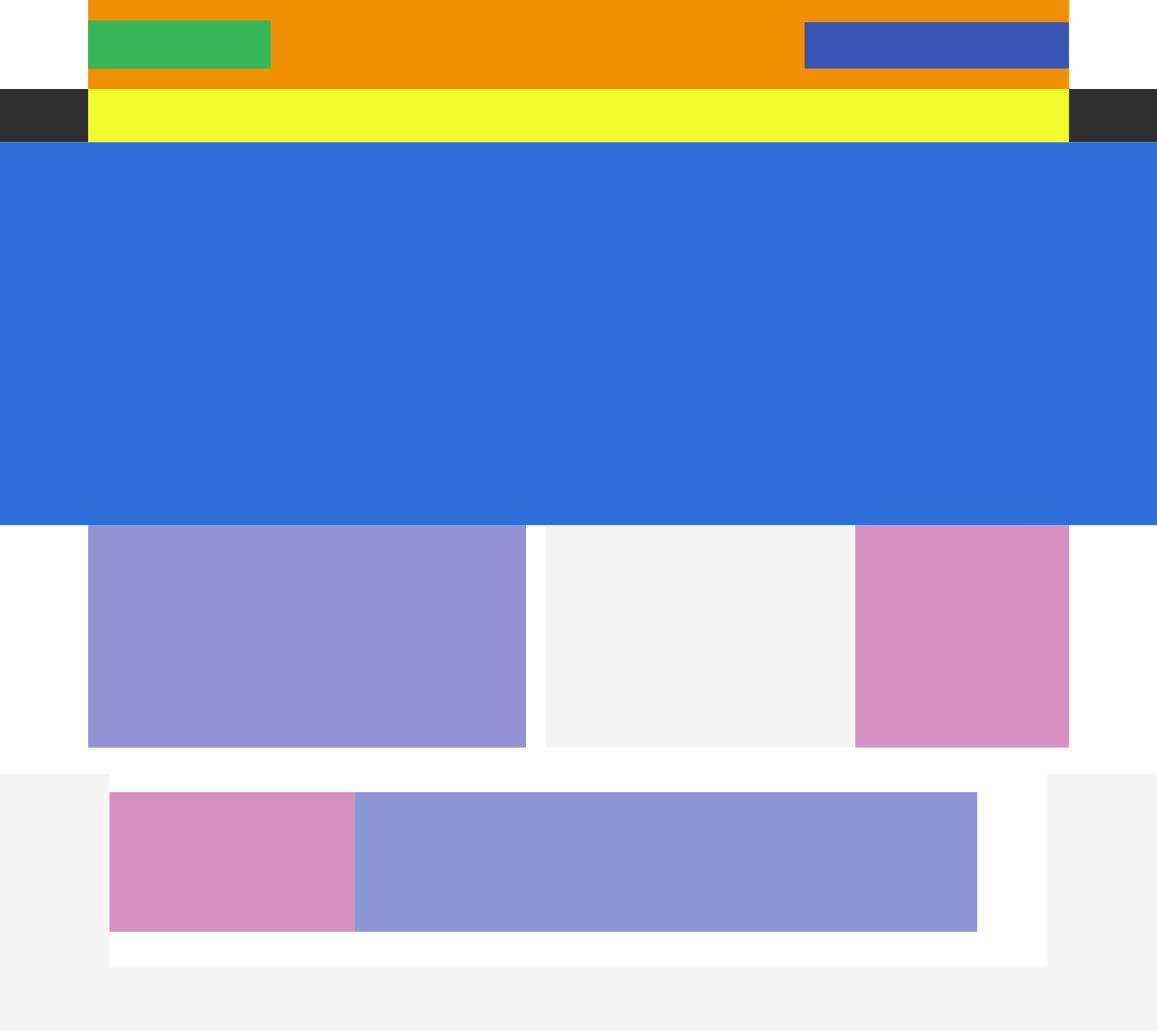
Repository: A1LExX/H5_study_set
Page: day04/扣丁.html
These files come from the project's save history. The page is drawn as it stood at one moment and after the next save; the edit follows.
The browser window is 1280 px wide. The page is 1300 px wide, so the pictures cover 1300 px, including what lies to the right of the window. The pictures show the whole page, at 89% of full size.

Above is the page before, as saved 2021-06-24 20:31:32.

After the next save:
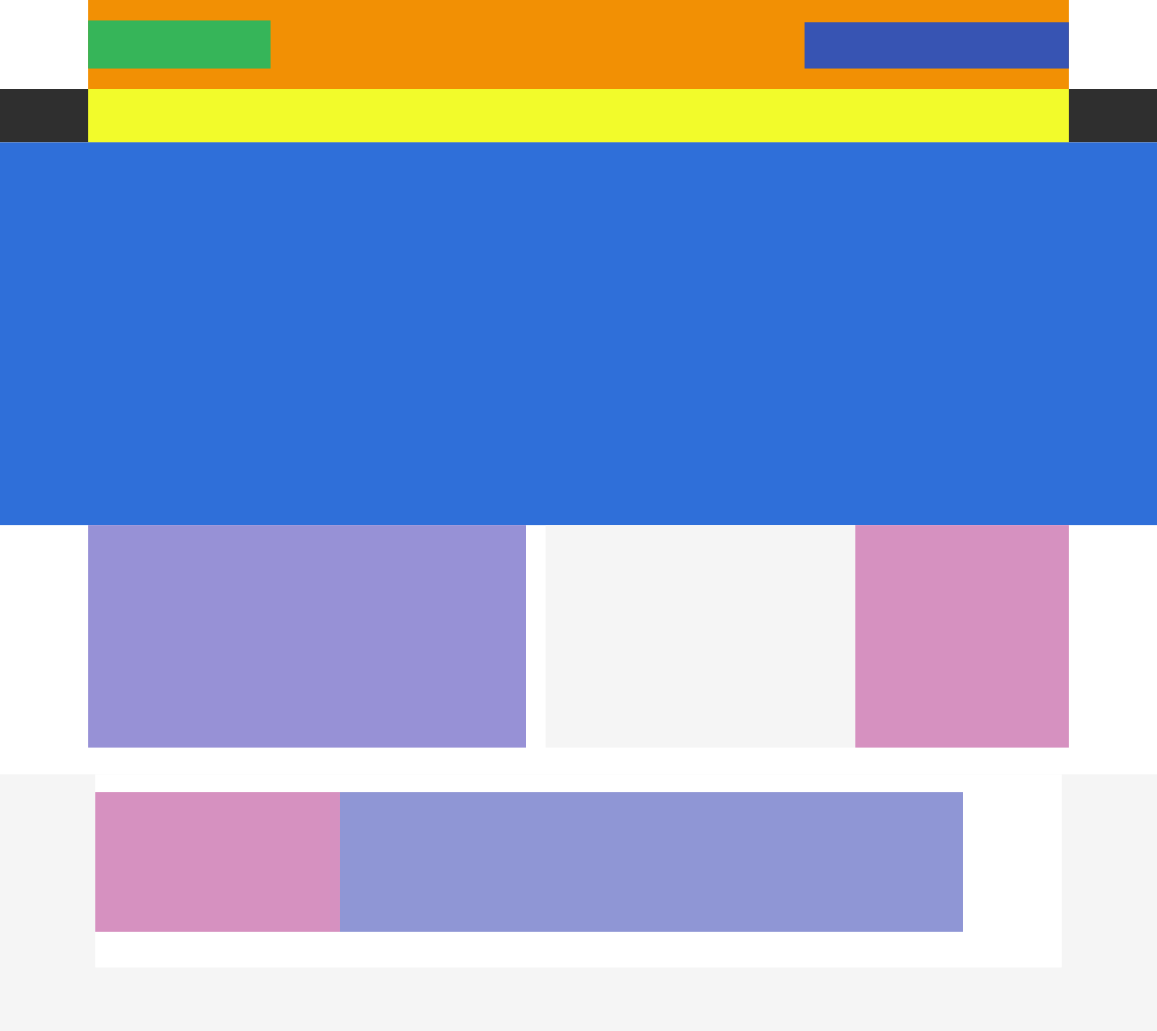
Saved 29 s later.
--- a/day04/css/codingke.css
+++ b/day04/css/codingke.css
@@ -2,7 +2,7 @@
  * @author [Alex Wei]
  * @email [w2262196@outlook.com]
  * @create date 2021-06-24 13:00:50
- * @modify date 2021-06-24 20:31:32
+ * @modify date 2021-06-24 20:32:01
  * @desc [description]
  */
 *{
@@ -90,6 +90,7 @@
     background: #ffffff;
     margin: 0 auto;
     padding-top: 20px;
+    padding-right:32px ;
 }
 .con4Box1{
     width: 275px;
